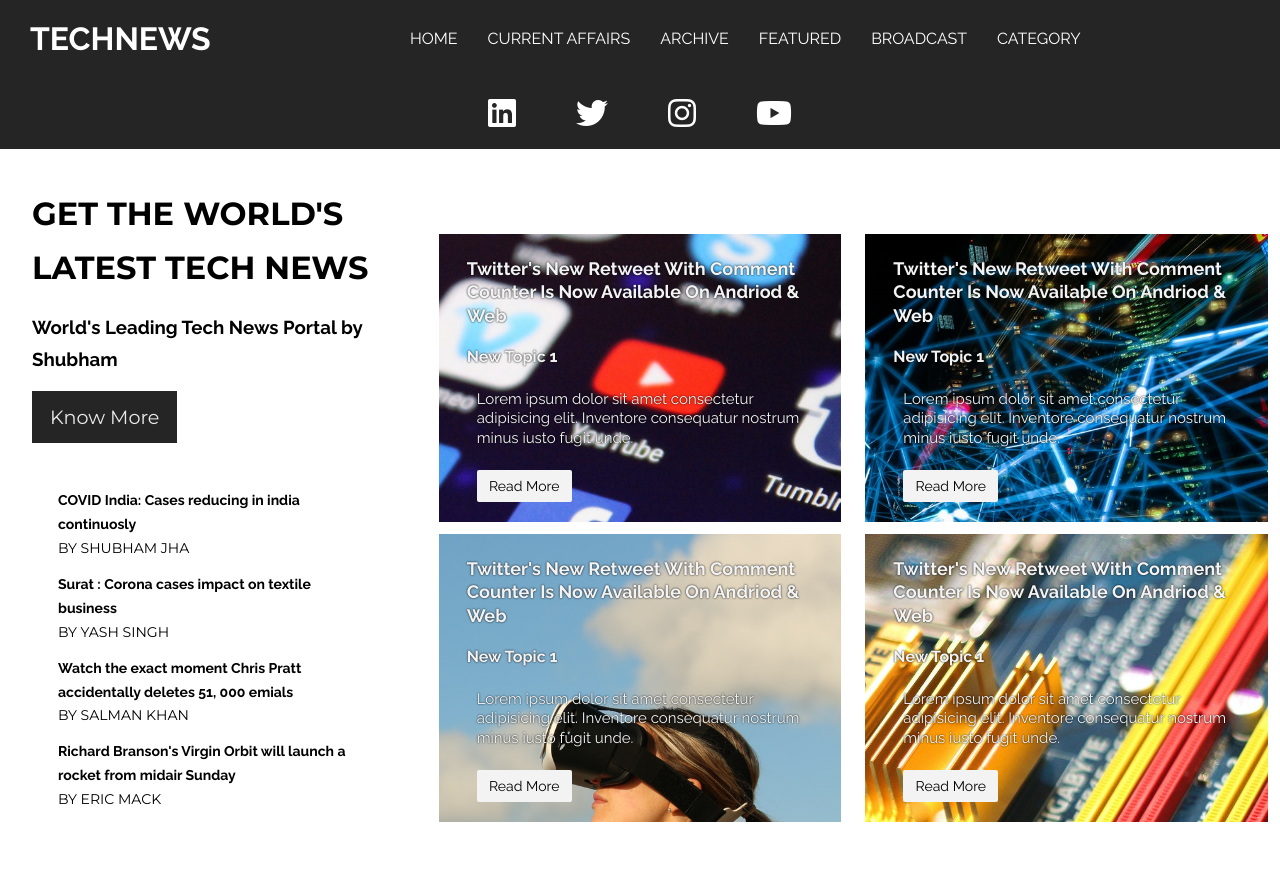
Repository: shubham71099/technews
Page: index.html
An editor plug-in stored every save of this project. The page is shown before and after the next save, followed by the edit.
The browser window is 1280 px wide. The pictures show the part of the page from y = 0 to 870 px (the page is 2210 px tall).
A picture or video elsewhere on the page could not be fetched, so the positions and the page height are approximate. Some web libraries are served in a nearby version.

Above is the page before, as saved 2021-06-02 21:21:04.

### index.html
<!DOCTYPE html>
<html class="no-js">
  <head>
    <meta charset="utf-8" />
    <meta http-equiv="X-UA-Compatible" content="IE=edge" />
    <title>Shubham Jha</title>
    <meta name="description" content="" />
    <meta name="viewport" content="width=device-width, initial-scale=1" />
    <link rel="stylesheet" href="main.css" />
    <!-- google fonts -->
    <link
      href="https://fonts.googleapis.com/css2?family=Montserrat:wght@400;500;600;700&family=Raleway:wght@300;400;500;700;900&display=swap"
      rel="stylesheet"
    />
    <!-- fontawesome -->
    <script
      src="https://kit.fontawesome.com/dbed6b6114.js"
      crossorigin="anonymous"
    ></script>
  </head>
  <body>
    <!-- header -->
    <header>
      <div class="navigation-container">
        <div class="top-head">
          <div class="web-name">
            <h1>TECHNEWS</h1>
          </div>

          <div class="ham-btn">
            <span>
              <i class="fas fa-bars"></i>
            </span>
          </div>

          <div class="times-btn">
            <span>
              <i class="fas fa-times"></i>
            </span>
          </div>
        </div>

        <!-- nav bar -->

        <div class="nav-bar" id="nav-bar">
          <nav>
            <ul>
              <li><a href="#">home</a></li>
              <li><a href="#">current affairs</a></li>
              <li><a href="#">archive</a></li>
              <li><a href="#">featured</a></li>
              <li><a href="#">broadcast</a></li>
              <li><a href="#">category</a></li>
            </ul>
          </nav>
        </div>

        <!--social icons -->
        <div class="social-icons">
          <ul>
            <li>
              <a href="https://www.linkedin.com/in/shubhamkumarjha7/"
                ><i class="fab fa-linkedin"></i
              ></a>
            </li>
            <li>
              <a href="https://twitter.com/shubham071099"
                ><i class="fab fa-twitter"></i
              ></a>
            </li>
            <li>
              <a href="https://www.instagram.com/shubham71099"
                ><i class="fab fa-instagram"></i
              ></a>
            </li>
            <li>
              <a href="https://www.youtube.com/channel/UC7M93Yw7vALL9M7KNUvX48Q"
                ><i class="fab fa-youtube"></i
              ></a>
            </li>
          </ul>
        </div>
      </div>
    </header>

    <section class="banner">
      <div class="banner-main-content">
        <h2>GET THE WORLD'S LATEST TECH NEWS</h2>
        <h3>World's Leading Tech News Portal by Shubham</h3>

        <button>
          <a href="#">Know More</a>
        </button>

        <div class="current-news-head">
          <h3>
            COVID India: Cases reducing in india continuosly
            <span>by shubham Jha</span>
          </h3>

          <h3>
            Surat : Corona cases impact on textile business
            <span>by Yash Singh</span>
          </h3>

          <h3>
            Watch the exact moment Chris Pratt accidentally deletes 51, 000
            emials <span>by Salman Khan</span>
          </h3>

          <h3>
            Richard Branson's Virgin Orbit will launch a rocket from midair
            Sunday <span>by eric mack</span>
          </h3>
        </div>
      </div>

      <div class="banner-sub-content">
        <div class="hot-topic">
          <img src="images/banner-news-1.jpg" alt="" />

          <div class="hot-topic-content">
            <h2>
              Twitter's New Retweet With Comment Counter Is Now Available On
              Andriod & Web
            </h2>

            <h3>New Topic 1</h3>
            <p>
              Lorem ipsum dolor sit amet consectetur adipisicing elit. Inventore
              consequatur nostrum minus iusto fugit unde.
            </p>
            <a href="#">Read More</a>
          </div>
        </div>

        <div class="hot-topic">
          <img src="images/banner-news-2.jpg" alt="" />

          <div class="hot-topic-content">
            <h2>
              Twitter's New Retweet With Comment Counter Is Now Available On
              Andriod & Web
            </h2>

            <h3>New Topic 1</h3>
            <p>
              Lorem ipsum dolor sit amet consectetur adipisicing elit. Inventore
              consequatur nostrum minus iusto fugit unde.
            </p>
            <a href="#">Read More</a>
          </div>
        </div>

        <div class="hot-topic">
          <img src="images/banner-news-3.jpg" alt="" />

          <div class="hot-topic-content">
            <h2>
              Twitter's New Retweet With Comment Counter Is Now Available On
              Andriod & Web
            </h2>

            <h3>New Topic 1</h3>
            <p>
              Lorem ipsum dolor sit amet consectetur adipisicing elit. Inventore
              consequatur nostrum minus iusto fugit unde.
            </p>
            <a href="#">Read More</a>
          </div>
        </div>

        <div class="hot-topic">
          <img src="images/banner-news-4.jpg" alt="" />

          <div class="hot-topic-content">
            <h2>
              Twitter's New Retweet With Comment Counter Is Now Available On
              Andriod & Web
            </h2>

            <h3>New Topic 1</h3>
            <p>
              Lorem ipsum dolor sit amet consectetur adipisicing elit. Inventore
              consequatur nostrum minus iusto fugit unde.
            </p>
            <a href="#">Read More</a>
          </div>
        </div>
      </div>
    </section>

    <hr />

    <main>
      <section class="main-container-left">
        <h2>Top Stories</h2>
        <div class="container-top-left">
          <article>
            <img src="images/top-left.jpg" />

            <div>
              <h3>Best Used Cars Under $20, 000 for families</h3>

              <p>
                Lorem ipsum dolor sit amet consectetur adipisicing elit.
                Blanditiis ea sint, nisi rem earum fugit? Facere veritatis
                sapiente eveniet quibusdam.
              </p>

              <a href="#">Read More <span>>></span></a>
            </div>
          </article>
        </div>

        <div class="container-bottom-left">
          <article>
            <img src="images/bottom-left-1.jpg" />
            <div>
              <h3>Best smart speakers for the year</h3>
              <p>
                Lorem ipsum dolor sit, amet consectetur adipisicing elit.
                Commodi iure modi animi cupiditate. Explicabo, nihil?
              </p>

              <a href="#">Read More <span>>></span></a>
            </div>
          </article>

          <article>
            <img src="images/bottom-left-2.jpg" />
            <div>
              <h3>
                iPad Pro, reviewed: Has the iPad become my main computer now?
              </h3>
              <p>
                Lorem ipsum dolor sit, amet consectetur adipisicing elit.
                Commodi iure modi animi cupiditate. Explicabo, nihil?
              </p>

              <a href="#">Read More <span>>></span></a>
            </div>
          </article>
        </div>
      </section>

      <section class="main-container-right">
        <h2>Latest Stories</h2>

        <article>
          <h4>just in</h4>
          <div>
            <h2>Want a website for your company ?</h2>

            <p>
              Just hire a web developer to develop a website for your
              organisation in a munites
            </p>

            <a href="#">Read More <span>>></span></a>
          </div>
          <img src="images/photo.png" />
        </article>

        <article>
          <h4>just in</h4>
          <div>
            <h2>The best outdoor games to play with your family</h2>

            <p>
              Lorem ipsum dolor sit amet consectetur adipisicing elit. Id,
              repellendus?
            </p>

            <a href="#">Read More <span>>></span></a>
          </div>
          <img src="images/right-2.jpg" />
        </article>

        <article>
          <h4>just in</h4>
          <div>
            <h2>
              Why walk? Check out the best electric scooters and e-bikes for
              2020
            </h2>

            <p>
              Lorem ipsum dolor sit amet consectetur adipisicing elit. Id,
              repellendus?
            </p>

            <a href="#">Read More <span>>></span></a>
          </div>
          <img src="images/right-3.jpg" />
        </article>

        <article>
          <h4>just in</h4>
          <div>
            <h2>
              Disneyland Paris will stream its Lion King stage show Friday night
            </h2>

            <p>
              Lorem ipsum dolor sit amet consectetur adipisicing elit. Id,
              repellendus?
            </p>

            <a href="#">Read More <span>>></span></a>
          </div>
          <img src="images/right-4.jpg" />
        </article>

        <article>
          <h4>just in</h4>
          <div>
            <h2>
              Looking at a phone's lock screen also requries a warrant, judge
              rules
            </h2>

            <p>
              Lorem ipsum dolor sit amet consectetur adipisicing elit. Id,
              repellendus?
            </p>

            <a href="#">Read More <span>>></span></a>
          </div>
          <img src="images/right-5.jpg" />
        </article>
      </section>
    </main>

    <footer>
      <div class="footer-container">
        <div class="footer-left">
          <h2>TECHNEWS</h2>
          <p>
            Lorem ipsum dolor sit amet consectetur adipisicing elit. Consequatur
            molestias aut blanditiis totam quia enim, autem tenetur cum facere,
            fugit beatae at voluptas ipsum perferendis!
          </p>
        </div>

        <div class="footer-right">
          <h2>Newletter</h2>
          <p>Enter your E-mail to subscribe to our Newsletter.</p>

          <div>
            <input type="text" placeholder="Email Address" />
            <i class="fas fa-envelope"></i>
          </div>
        </div>
      </div>

      <p>Copyright &copy; 2021 All rights reserved | Shubham Jha</p>
    </footer>

    <script src="script.js" async defer></script>
  </body>
</html>

### main.css
/*

font-family: 'Montserrat', sans-serif;
font-family: 'Raleway', sans-serif;

*/

*{
    box-sizing: border-box;
    padding: 0;
    margin: 0;
}

:root{
    --heading: 'Montserrat', sans-serif;
}

body{
    font-family: 'Raleway', sans-serif;
    background: #fff;
}

/* global styling */

img{
    width: 100%;
}
ul{
    list-style: none;
}

a{
    text-decoration: none;
    color: #000;
}

hr{
    width: 95vw;
    margin: 0 auto;
}

/* header */

.top-head{
    display: flex;
    justify-content: space-between;
    align-items: center;
    margin: 0 auto;
    background: #252525;
    color: #fff;
    padding: 20px 30px;
}

.top-head .fas{
    font-size: 2rem;
    cursor: pointer;
}

/******* js related styling *****/

.times-btn{
    display: none;
}

.nav-bar{
    background: #333;
    height: 0;
    overflow: hidden;
}

.show-nav{
    height: auto;
}

/********************/

.nav-bar ul li{
    text-align: center;
    display: block;
    padding: 15px 0;
    transition: all 1s ease-in-out;
}

.nav-bar ul li:hover{
    background: #0e0e0e;
}

.nav-bar ul li a{
    color: #fff;
    text-transform: uppercase;
}

.nav-bar ul li a:hover{
    text-decoration: underline;
}

/* social -icons */

.social-icons{
    display: none;
}

/* banner */

.banner{
    min-height: auto;
    display: grid;
    grid-template-columns: 1fr;
    align-items: center;
    padding: 30px 0;
    margin-top: 8px;
}

.banner-main-content{
    padding: 0 2rem;
    line-height: 1.7;
}

.banner-main-content h2{
    font-size: 2rem;
    font-family: var(--heading);
}

.banner-main-content h3{
    padding: 1rem 0;
}

.banner-main-content button{
    border: none;
    background: #252525;
    padding: 14px 18px;
    font-size: 1.2rem;
    font-family: 'Montserrat', sans-serif;
    transition: background 1s ease;
}

.banner-main-content button a{
    color: #f3f3f3f3;
    transition: color 1s ease;
}

.banner-main-content button:hover{
    background: #fff;
}

.banner-main-content button:hover a{
    color: #0d0a0b;
}


.current-news-head{
    background: #fff;
    padding: 20px;
    font-size: 12px;
    margin: 20px 0;
}

.current-news-head h3{
    padding: 6px;
    cursor: pointer;
    position: relative;
}

.current-news-head h3:hover::before{
    content: ">> ";
    position: absolute;
    left: -12px;
}

.current-news-head span{
    display: block;
    font-family: var(--heading);
    font-weight: 300;
    text-transform: uppercase;
}

.hot-topic{
    overflow: hidden;
    position: relative;
    width: 100%;
    padding: 12px;
    height: 300px;
}

.hot-topic img{
    display: block;
}

.hot-topic-content{
    position: absolute;
    bottom: 0;
    left: 20px;
    right: 20px;
    padding: 10px 20px;
    line-height: 1.3;
    color: #f3f3f3;
}

.hot-topic h2{
    padding: 10px 0;
    font-size: 18px;
    text-shadow: 0 0 2px #000;
}

.hot-topic h3{
    padding: 10px 0;
    font-size: 16px;
    text-shadow: 0 0 2px #000;
}

.hot-topic p{
    padding: 10px 0;
    font-size: 15px;
    text-shadow: 0 0 2px #000;
    padding: 12px 10px;
}

.hot-topic-content a{
    display: block;
    background: #f3f3f3;
    border: none;
    width: 95px;
    border-radius: 2px;
    text-align: center;
    padding: 7px 10px;
    font-size: 14px;
    margin: 10px 0 10px 10px;
}

.hot-topic-content a:hover{
    text-decoration: underline;
}

/** main ***/

main a{
    padding: 15px 0;
    display: block;
    transition: all 0.5s;
}

main span{
    transition: padding-left 0.5s;
}

main a:hover span{
    padding-left: 5px;
}

main a:hover{
    color: #7ac64d;
}

/* main container left */

.main-container-left{
    padding: 30px 10px;
}

.main-container-left > h2{
    padding: 15px 0 15px 30px;
}

.main-container-left h3{
    padding: 10px 0;
    font-size: 18px;
    font-family: var(--heading);
}

.main-container-left p{
    font-size: 15px;
    font-weight: 300;
}

.main-container-left article{
    padding: 10px;
}

.container-top-left{
    padding: 15px 30px;
}

.container-bottom-left{
    background: #f3f3f3;
    margin: 15px 30px;
}

/*** main container right */

.main-container-right{
    padding: 30px 10px;
}

.main-container-right > h2{
    padding: 15px 0 15px 30px;
}

.main-container-right article{
    display: grid;
    grid-template-columns: 1fr 3fr 1fr;
    padding: 15px 0;
    border-bottom: 1px solid #7ac64d;
}

.main-container-right article:last-child{
    border-bottom: none;
}

.main-container-right img{
    width: 100px;
    height: 100px;
    align-self: center;
}

.main-container-right h4{
    text-align: center;
    text-transform: uppercase;
    font-weight: 300;
    font-size: 12px;
    align-self: center;
}

.main-container-right article h2{
    font-size: 18px;
    padding: 10px 0;
    font-family: var(--heading);
}

.main-container-right article p{
    font-size: 15px;
    font-weight: 300;
}

.main-container-right article div{
    margin-right: 10px;
}


/****** footer *****/

footer{
    background: #252525;
    color: #f3f3f3;
    padding: 30px;
}

footer h2{
    padding: 10px 0;
}

footer p{
    padding: 10px 0;
    line-height: 1.3;
}

.footer-left,
.footer-right{
    margin: 0 20px;
}

footer > p{
    text-align: center;
    opacity: 0.8;
    margin-top: 20px;
}

.footer-right i{
    font-size: 1.8rem;
    color: #808080;
}

.footer-right input{
    font-size: 18px;
    border: none;
    background: transparent;
    outline: none;
    color: #808080;
    padding-right: 10px;
    width: 100%;
}

.footer-right div{
    display: flex;
    align-items: center;
    justify-content: start;
    width: 200px;
    padding: 10px 0;
    border-bottom: 1.6px solid #808080;
}



@media(max-width: 460px){
    .hot-topic-content h2{
        font-size: 16px;
    }

    .main-container-right article{
        display: block;
    }

    .main-container-right article img{
        display: none;
    }


}

@media(max-width: 500px){
    .main-container-right article{
        grid-template-columns: 1fr 3fr;
        grid-template-rows: 1fr 1fr;
    }

    .main-container-right article h4{
        grid-row: 1/2;
        grid-column: 1/2;
        align-self: flex-start;
    }

    .main-container-right article img{
        grid-row: 2/3;
        grid-column: 1/2;
    }

    .main-container-right article div{
        grid-row: 1/3;
        grid-column: 2/3;
    }
}


@media(min-width: 768px){
    .banner-sub-content{
        display: grid;
        grid-template-columns: repeat(2, 1fr);
    }

    .container-bottom-left{
        display: grid;
        grid-template-columns: repeat(2, 1fr);
    }

}


@media(min-width: 800px){
    /* nav */
    .ham-btn, .times-btn{
        display: none!important;
    }

    .navigation-container{
        display: flex;
        background: #252525;
        align-items: center;
        flex-wrap: wrap;
    }

    .top-head{
        flex: 0 0 15%;
    }

    .nav-bar{
        flex: 1 0 auto;
        height: 100%;
        background: transparent;
    }

    .nav-bar nav ul{
        display: flex;
        justify-content: center;
    }
    .nav-bar nav ul li{
        padding-right: 30px;
    }

    .nav-bar nav ul li:hover{
        background: none;
    }

    /* social icons */
    .social-icons{
        flex: 0 1 30%;
        display: block;
        margin: 0 auto;
    }

    .social-icons .fab{
        color: #fff;
        font-size: 2rem;
    }
    .social-icons ul{
        display: flex;
        justify-content: space-between;
        padding: 0 20px;
    }
    .social-icons ul li{
        padding: 20px;
    }

    .footer-container{
        display: flex;
    }

    .footer-right,
    .footer-left{
        flex: 1;
    }
}

@media(min-width: 992px){
    main{
        display: grid;
        grid-template-columns: repeat(2, 1fr);
    }
}

@media(min-width: 1080px){
    .banner{
        grid-template-columns: 1fr 2fr;
    }
}

### script.js


const btnHam = document.querySelector('.ham-btn');
const btnTimes = document.querySelector('.times-btn');
const navBar = document.getElementById('nav-bar');

btnHam.addEventListener('click', function(){
    if(btnHam.className !== ""){
        btnHam.style.display = "none";
        btnTimes.style.display = "block";
        navBar.classList.add("show-nav");
    }
})

btnTimes.addEventListener('click', function(){
    if(btnHam.className !== ""){
        this.style.display = "none";
        btnHam.style.display = "block";
        navBar.classList.remove("show-nav");
    }
})

After the next save:
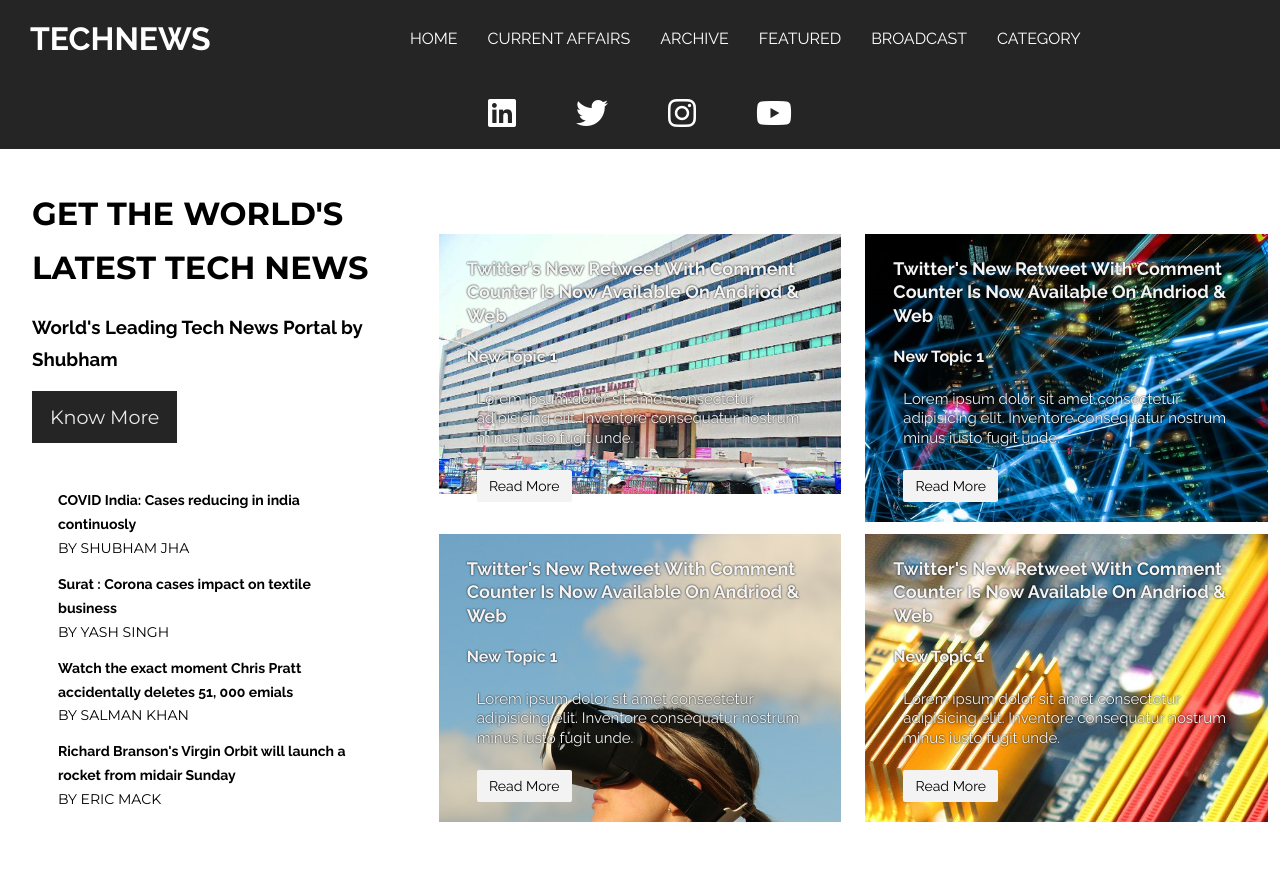
Saved 2 min 53 s later.
--- a/index.html
+++ b/index.html
@@ -117,7 +117,7 @@
 
       <div class="banner-sub-content">
         <div class="hot-topic">
-          <img src="images/banner-news-1.jpg" alt="" />
+          <img src="images/mkt.jpg" alt="" />
 
           <div class="hot-topic-content">
             <h2>
